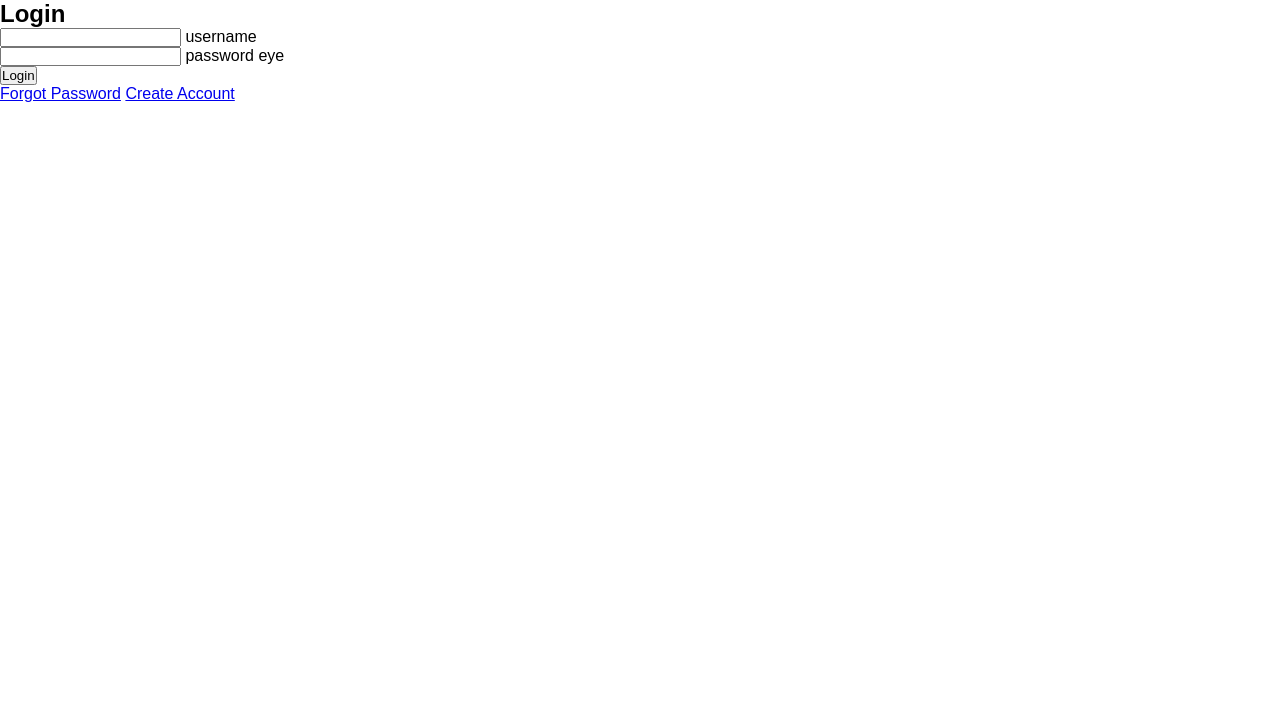
Repository: wingming07/Agro_mart
Page: login/login.html
These files come from the project's save history. The page is drawn as it stood at one moment and after a run of saves; the edit follows.
The browser window is 1280 px wide. The pictures show the whole page.

Above is the page before, as saved 2025-06-10 17:02:05.

### login/login.html
<!DOCTYPE html>
<html lang="en">
<head>
    <meta charset="UTF-8">
    <meta name="viewport" content="width=device-width, initial-scale=1.0">
    <title>AgroMart-login</title>
    <link rel="stylesheet" href="style.css">
</head>
<body>
    <div class="login-container">
        <form class="login-form" onsubmit="return validateLogin()">
            <h2>Login</h2>
                <div class="input-group">
                    <input type="text" id="username" required>
                    <label for="username">username</label>
                </div>
                <div class="input-group">
                    <input type="password" id="password" required>
                    <label for="password">password</label>
                <span class="toggle-password" onclick="togglepassword()">eye</span>
                </div>
                <button type="submit">Login</button>
                <div class+="extra-options">
                    <a href="#">Forgot Password</a>
                        <a href="#">Create Account</a>
                </div>
        </form>
    </div>
    <script src="script.js"></script>
</body>
</html>

### login/style.css
@import url('https://fonts.googleapis.com/css2? family=poppins:wght@400;600&display=swap');
*{
    margin:0;
    padding:0;
    box-sizing: border-box;
    font-family: sans-serif;
}
body{
    background: linear-gradient(to right, #667eea);
}

Loaded but not shown: login/script.js (no copy from this time; the picture is the same without it)

After the next 3 saves:
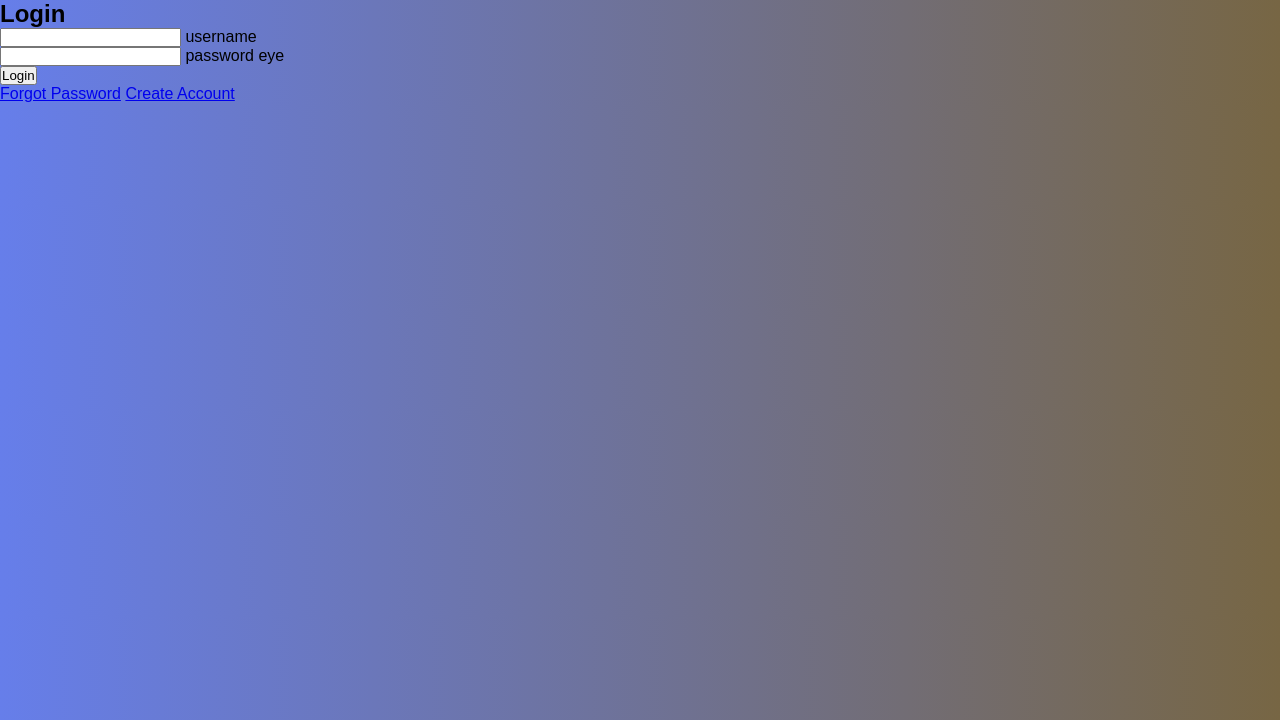
The 3 saves are shown as one change because they came seconds apart.
The last was saved 11 s later.
--- a/login/style.css
+++ b/login/style.css
@@ -6,5 +6,5 @@
     font-family: sans-serif;
 }
 body{
-    background: linear-gradient(to right, #667eea);
+    background: linear-gradient(to right, #667eea,#764);
 }
